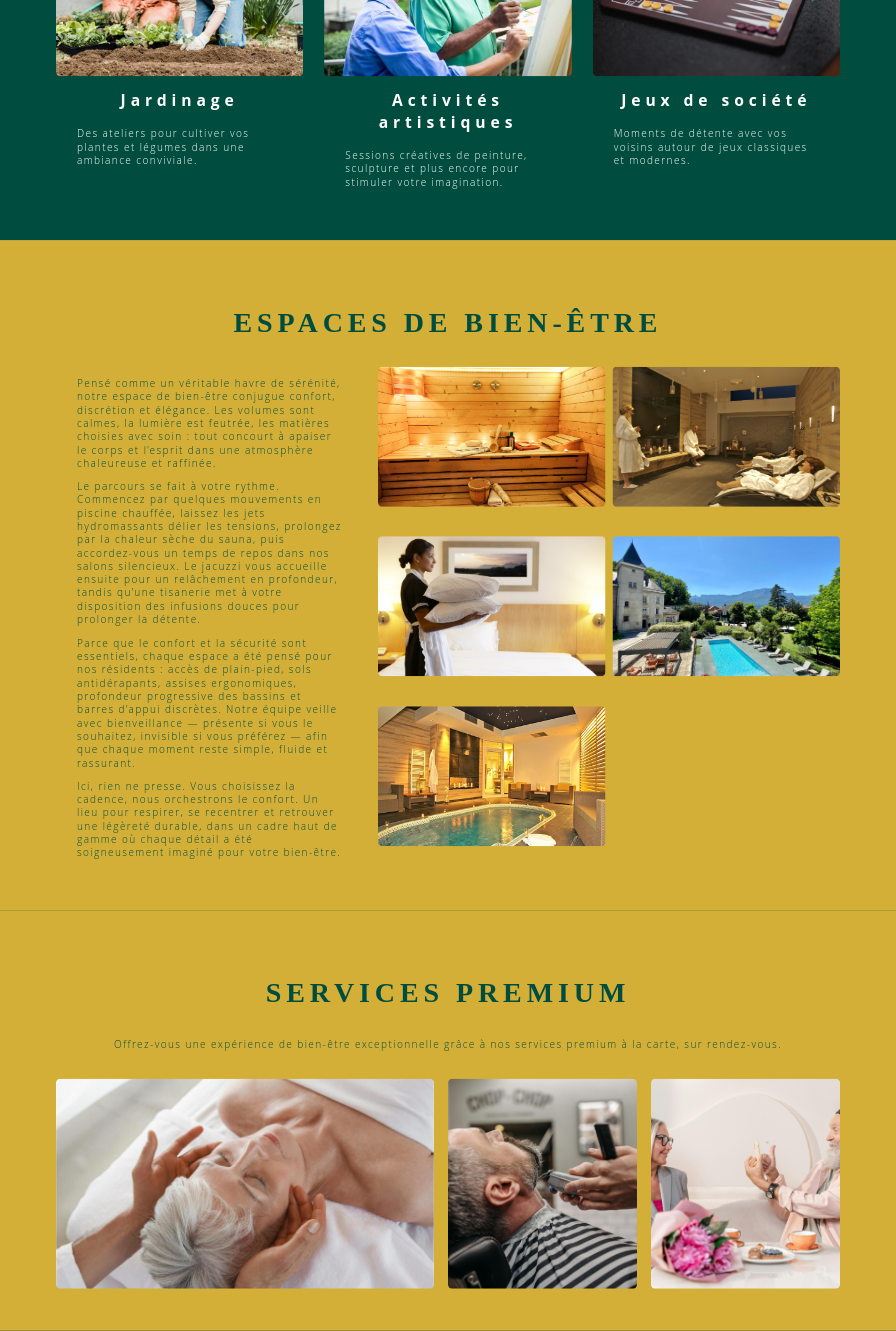
Repository: Rahimzeeeer/alteaaaa
Page: style.html
The author's editor kept a copy of each file at every save. The page is drawn from the files as they stood at one save, then again after the next save.
The browser window is 1280 px wide. The pictures show the part of the page from y = 1860 to 3780 px (the page is 3761 px tall before and 3780 px after), at 70% of full size.

Above is the page before, as saved 2025-08-13 03:36:58.

After the next save:
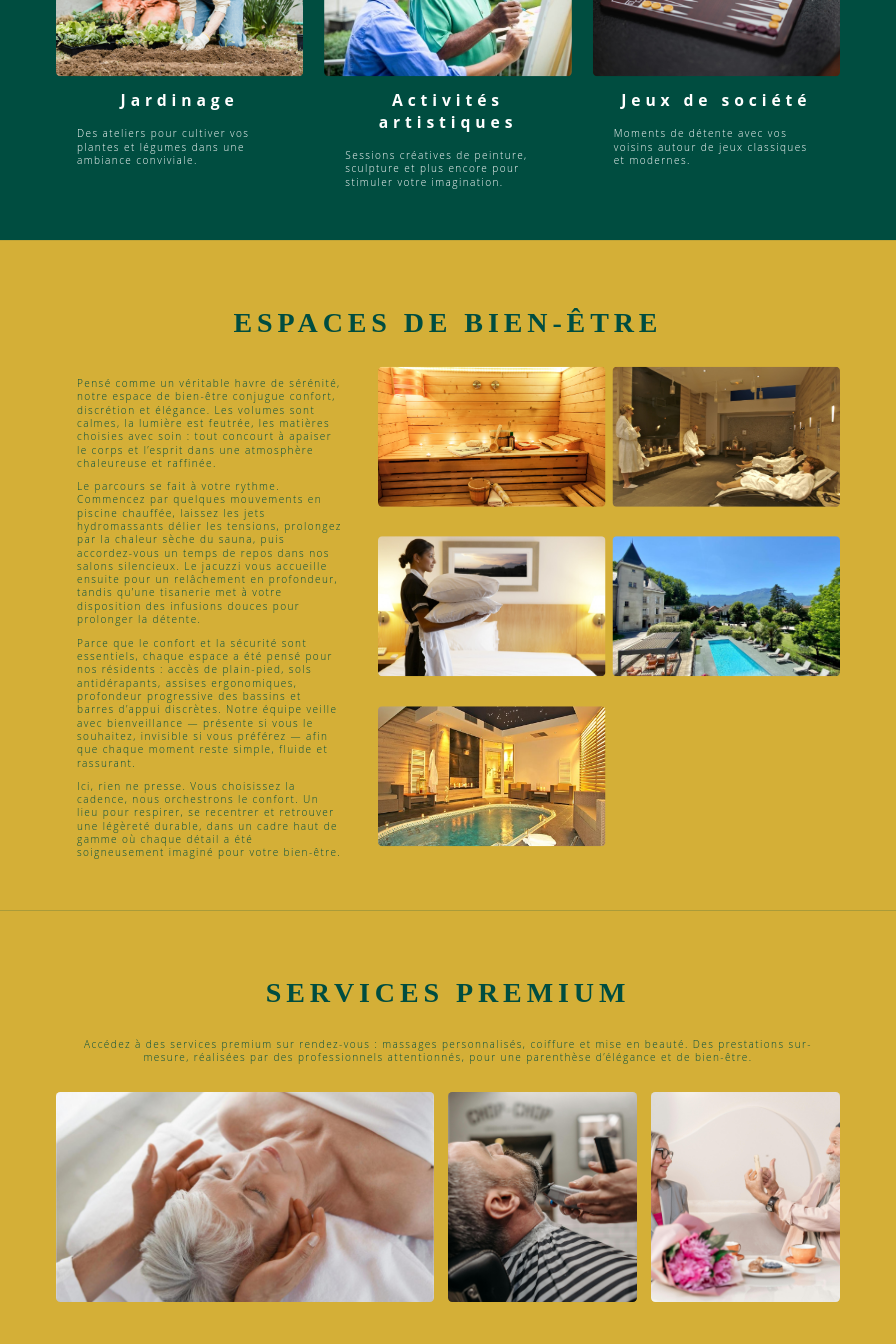
Saved 50 s later.
--- a/style.html
+++ b/style.html
@@ -98,7 +98,7 @@
   <!-- 4) SERVICES PREMIUM (inchangé) -->
   <section class="style-section gold-bg" id="services-premium">
     <h2 class="title serif">SERVICES PREMIUM</h2>
-    <p class="premium-text">Offrez-vous une expérience de bien-être exceptionnelle grâce à nos services premium à la carte, sur rendez-vous.</p>
+    <p class="premium-text">Accédez à des services premium sur rendez-vous : massages personnalisés, coiffure et mise en beauté. Des prestations sur-mesure, réalisées par des professionnels attentionnés, pour une parenthèse d’élégance et de bien-être.</p>
     <div class="premium-grid">
         <img src="images/style/massage.jpg" alt="Massage relaxant">
         <img src="images/style/coiffure.jpg" alt="Coiffure">
